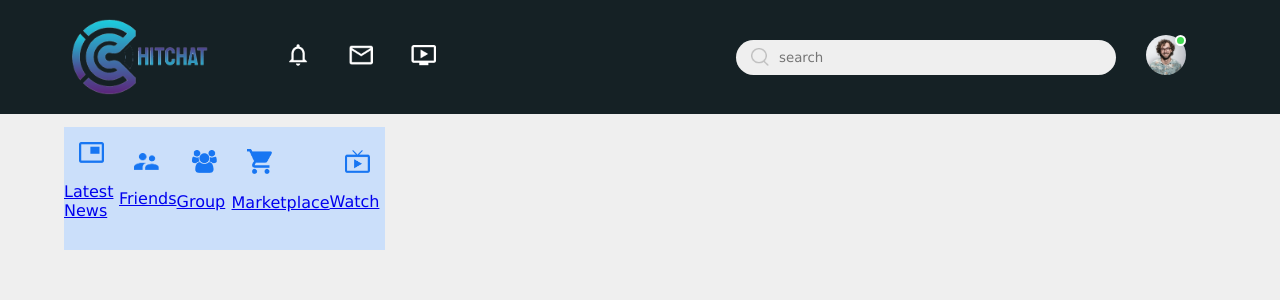
Repository: omarhasnain/ChitChat
Page: index.html
These files come from the project's save history. The page is drawn as it stood at one moment and after the next save; the edit follows.
The browser window is 1280 px wide. The pictures show the whole page.

Above is the page before, as saved 2021-07-11 16:12:16.

After the next save:
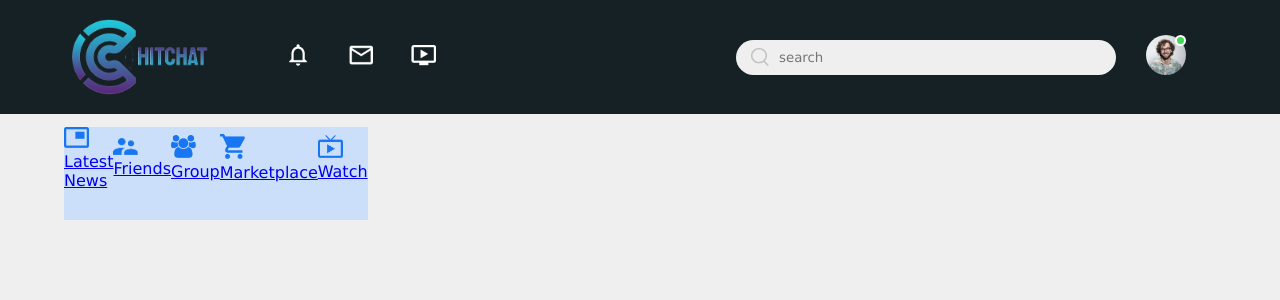
Saved 46 s later.
--- a/style.css
+++ b/style.css
@@ -126,5 +126,5 @@
 
 .important-links img {
     width: 25px;
-    margin: 15px;
+    margin-right: 15px;
 }
